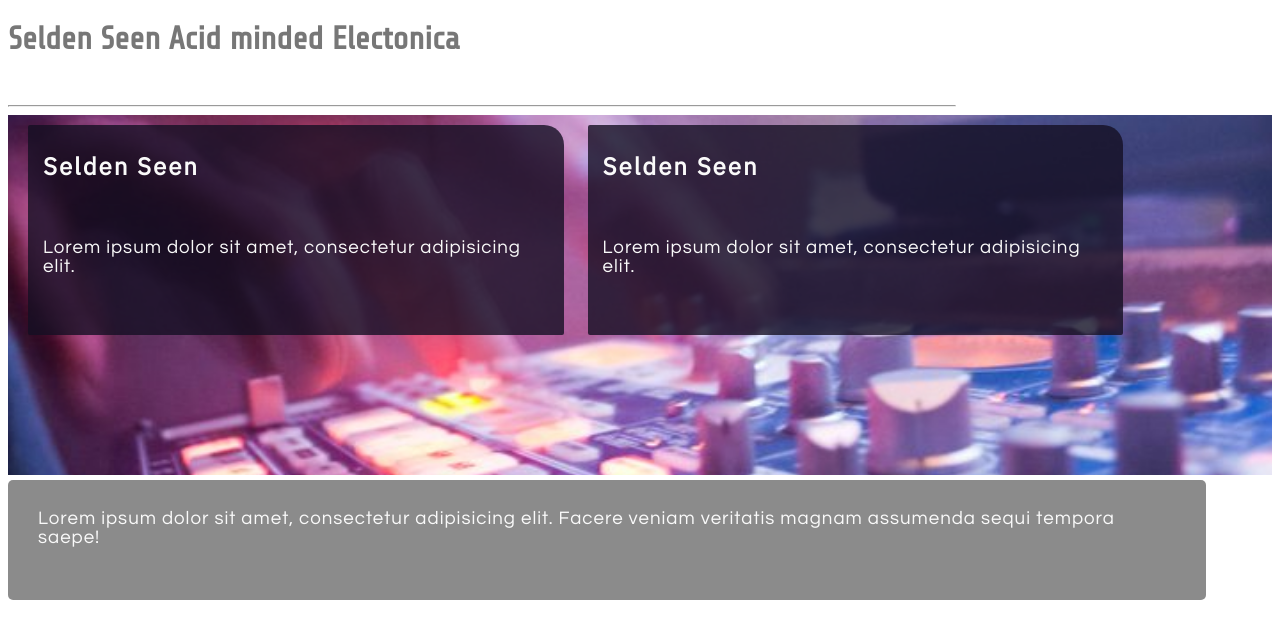
Repository: josvelema/milestone
Page: index.html
The author's editor kept a record of every edit. The page is drawn from the files as they stood at one moment, then again after the next edit.
The browser window is 1280 px wide. The pictures show the whole page.

Above is the page before.

### index.html
<!DOCTYPE html>
<html lang="en">

<head>
    <meta charset="UTF-8">
    <meta name="viewport" content="width=device-width, initial-scale=1.0">
    <meta http-equiv="X-UA-Compatible" content="ie=edge">
    <link href="https://fonts.googleapis.com/css?family=IBM+Plex+Sans|Questrial|Share+Tech&display=swap" rel="stylesheet">
    <link href="CSS/style.css" rel="stylesheet" type="text/css">
    <title>Selden Seen</title>
</head>

<body>
    <header class="head">
        <h1> Selden Seen Acid minded Electonica<br>
        </h1>

        <br>
        <Hr>
    </header>
    <section>
        <div class="hero-image">
            <aside>
            <div class="callout">
                <h2>Selden Seen</h2>
                <br>
                <h3>Lorem ipsum dolor sit amet, consectetur adipisicing elit.</h3>
            </div>
            <div class="callout">
                <h2>Selden Seen</h2>
                <br>
                <h3>Lorem ipsum dolor sit amet, consectetur adipisicing elit.</h3>
            </div>

            </aside>
        </div>
    </section>
    <br>
    <footer>
    <div class="foot"><h3>Lorem ipsum dolor sit amet, consectetur adipisicing elit. Facere veniam veritatis magnam assumenda sequi tempora saepe!</h3></div>
    </footer>
</body>

</html>

### CSS/style.css
@import url('https://fonts.googleapis.com/css?family=IBM+Plex+Sans|Questrial|Share+Tech&display=swap');

h1 {
    font-family: 'Share Tech', sans-serif;
}


h3 {
    font-family: 'Questrial', sans-serif;
    font-weight:300;
    letter-spacing: 1px;
}

h2 {
    font-family: 'IBM Plex Sans', sans-serif;
}
.head {
    background-color:transparent;
    width:75%;
    color: #777777;
}
.hero-image{
    background: url("../img/emxheroimage.jpg")no-repeat center center fixed;
    background-position: relative;
    background-repeat: no-repeat;
    background-size: cover;
    min-height: 360px;
    transition: all 5s ease-in-out;
    -moz-transition: all .5s ease-in-out;
    -webkit-transition: all .5s ease-in-out;
    background-color: rgba(0,0,0,0.5);
     width:100%;
      float: left;

    }



.callout {
        font-family: 'Share Tech', sans-serif;
        color: #fafafa;
        letter-spacing: 2px;
        font-weight:300;
        width:40%;
        height:200px;
        margin-top: 10px;
        margin-left:20px;
        margin-bottom: 40px;
        padding:5px 15px 5px 15px;
        background-color: rgba(20,15,35,0.8);
        border-top-right-radius: 20px;
        border-top-left-radius: 2px;
        border-bottom-left-radius: 2px;
        border-bottom-right-radius: 2px;
        display: inline-block;
}

.foot {
    width: 90%;
    height: 100px;
    background-color: rgba(25,25,25,0.5);
    color: #fafafa;
    border-radius: 5px 5px;
    border-color: #777777;
    position: relative;
    float: left;
    margin:5px auto;
    padding: 10px 30px 10px 30px;

}

After the next edit:
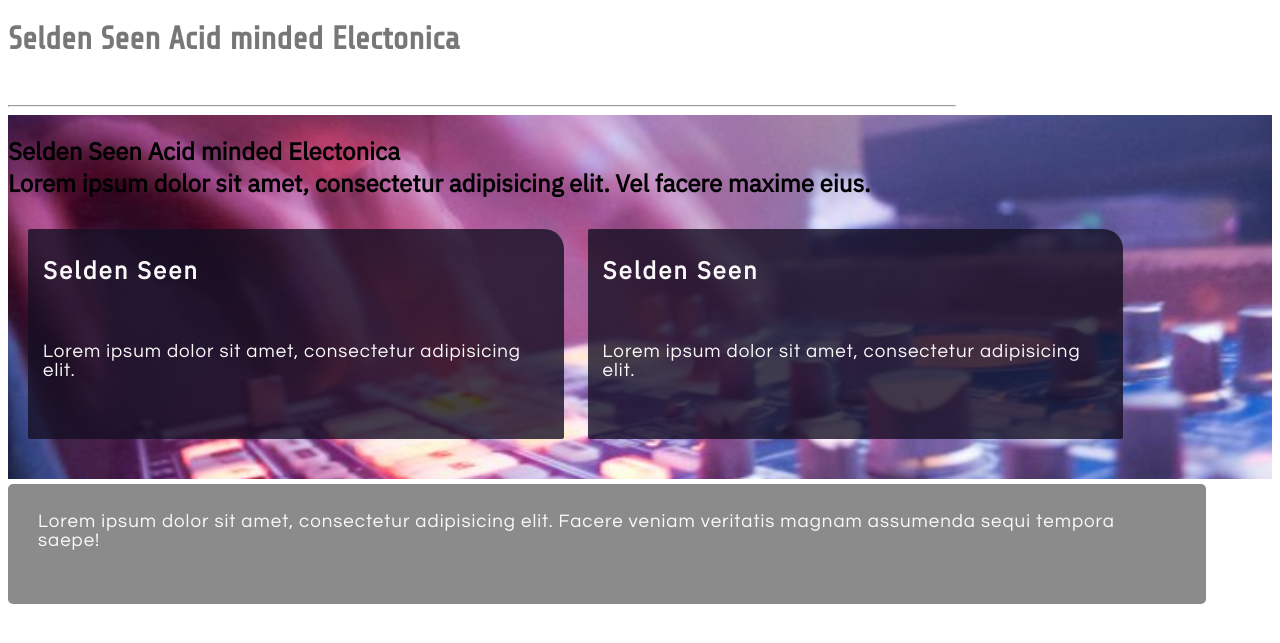
The edit:
--- a/index.html
+++ b/index.html
@@ -21,6 +21,9 @@
     <section>
         <div class="hero-image">
             <aside>
+                <h2> Selden Seen Acid minded Electonica
+            <br> Lorem ipsum dolor sit amet, consectetur adipisicing elit. Vel facere maxime eius.</h2>
+
             <div class="callout">
                 <h2>Selden Seen</h2>
                 <br>
